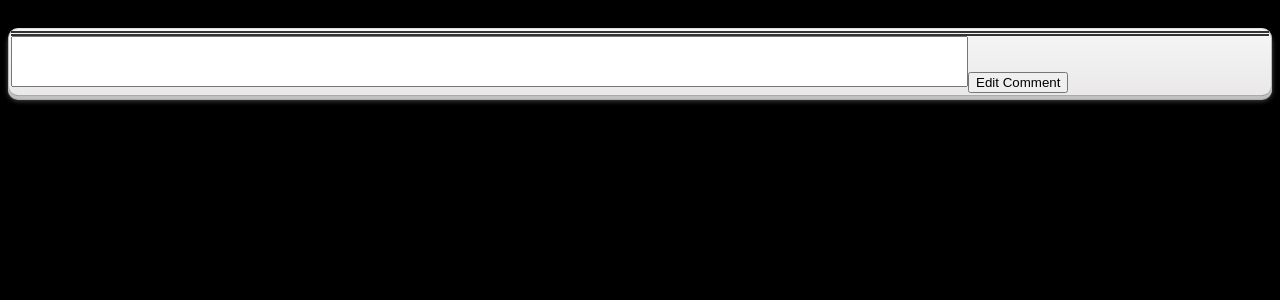
Repository: SuvakovSrdjan/WebForum
Page: http://localhost/Simple-web-forum/EditComment.jsp
The author's editor kept a copy of each file at every save. The page is drawn from the files as they stood at one save, then again after the next save.
The browser window is 1280 px wide. The pictures show the whole page.
The page is served by Tomcat 9. Other server files are loaded and not shown.

Above is the page before, as saved 2017-09-18 19:37:45.

### Simple-web-forum/WebContent/EditComment.jsp
<%@ page language="java" contentType="text/html; charset=UTF-8"
    pageEncoding="UTF-8"%>
<%@taglib uri="http://java.sun.com/jsp/jstl/core" prefix="c"%>
<!DOCTYPE html PUBLIC "-//W3C//DTD HTML 4.01 Transitional//EN" "http://www.w3.org/TR/html4/loose.dtd">
<html>
<head>
<meta http-equiv="Content-Type" content="text/html; charset=UTF-8">
<title>Infinite Comment</title>
<link rel="stylesheet" type="text/css" href="WEB-SRC/StyleSettingsMainPage.css">
</head>
<body>

<form style="padding-top: 20px;" name="msgForm"  method="post" action="InfiniteCommentServlet">
	<table>
		<tr>
			<td colspan = "2"><textarea style="resize: none;" rows="3" cols="117" name="commentText"></textarea><input type="submit" name="addComment" value="Edit Comment" ></td>
		</tr>
	</table>
</form>

</body>
</html>

### Simple-web-forum/WebContent/WEB-SRC/StyleSettingsMainPage.css
@charset "UTF-8";
body {
	background-color: activecaption;
	font: 12px Lucida sans, Arial, Helvetica, sans-serif;
	color: #333;
	text-align: center;
}

h1 {
	color: white;
}
img{
	width: 50px;
	height: 50px;
	white-space: -o-pre-wrap;
    word-wrap: break-word;
    white-space: pre-wrap;
    white-space: -moz-pre-wrap;
    white-space: -pre-wrap;
}
ul {
	list-style-type:none;
    background-color: #444444;
	background-image: -webkit-gradient(linear, left top, left bottom, from(#444444), to(#eae8e8));
	background-image: -webkit-linear-gradient(top, #f6f6f6, #eae8e8);
	background-image: -moz-linear-gradient(top, #444444, #eae8e8);
	background-image: -ms-linear-gradient(top, #f6f6f6, #eae8e8);
	background-image: -o-linear-gradient(top, #f6f6f6, #eae8e8);
	background-image: linear-gradient(top, #f6f6f6, #eae8e8);
	border-color: #dedede #bababa #aaa #bababa;
	border-style: solid;
	border-width: 1px;
	-webkit-border-radius: 10px;
	-moz-border-radius: 10px;
	border-radius: 10px;
	-webkit-box-shadow: 0 3px 3px rgba(255,255,255,.1), 0 3px 0 #bbb, 0 4px 0 #aaa, 0 5px 5px #444;
	-moz-box-shadow: 0 3px 3px rgba(255,255,255,.1), 0 3px 0 #bbb, 0 4px 0 #aaa, 0 5px 5px #444;
	box-shadow: 0 3px 3px rgba(255,255,255,.1), 0 3px 0 #bbb, 0 4px 0 #aaa, 0 5px 5px #444;




    overflow: auto; /* Enable scrolling if the sidenav has too much content */
}
li {
   float: left;
   background-color: #444444;
	background-image: -webkit-gradient(linear, left top, left bottom, from(#444444), to(#eae8e8));
	background-image: -webkit-linear-gradient(top, #f6f6f6, #eae8e8);
	background-image: -moz-linear-gradient(top, #444444, #eae8e8);
	background-image: -ms-linear-gradient(top, #f6f6f6, #eae8e8);
	background-image: -o-linear-gradient(top, #f6f6f6, #eae8e8);
	background-image: linear-gradient(top, #f6f6f6, #eae8e8);
	border-color: #dedede #bababa #aaa #bababa;
	border-style: solid;
	border-width: 1px;
	-webkit-border-radius: 10px;
	-moz-border-radius: 10px;
	border-radius: 10px;
	-webkit-box-shadow: 0 3px 3px rgba(255,255,255,.1), 0 3px 0 #bbb, 0 4px 0 #aaa, 0 5px 5px #444;
	-moz-box-shadow: 0 3px 3px rgba(255,255,255,.1), 0 3px 0 #bbb, 0 4px 0 #aaa, 0 5px 5px #444;
	box-shadow: 0 3px 3px rgba(255,255,255,.1), 0 3px 0 #bbb, 0 4px 0 #aaa, 0 5px 5px #444;

	overflow: hidden;
	padding: 0px;
}
li:last-child {
    border-right-style: none;
    border-left-style: inset;
    border-left-color: #111111;
    float:right;
}
a {
    display: block;
    padding: 17px;
    background-color: #333333;
}

table{
	list-style-type: circle;
    background-color: #444444;
	background-image: -webkit-gradient(linear, left top, left bottom, from(#444444), to(#eae8e8));
	background-image: -webkit-linear-gradient(top, #f6f6f6, #eae8e8);
	background-image: -moz-linear-gradient(top, #444444, #eae8e8);
	background-image: -ms-linear-gradient(top, #f6f6f6, #eae8e8);
	background-image: -o-linear-gradient(top, #f6f6f6, #eae8e8);
	background-image: linear-gradient(top, #f6f6f6, #eae8e8);
	border-color: #dedede #bababa #aaa #bababa;
	border-style: solid;
	border-width: 1px;
	-webkit-border-radius: 10px;
	-moz-border-radius: 10px;
	border-radius: 10px;
	-webkit-box-shadow: 0 3px 3px rgba(255,255,255,.1), 0 3px 0 #bbb, 0 4px 0 #aaa, 0 5px 5px #444;
	-moz-box-shadow: 0 3px 3px rgba(255,255,255,.1), 0 3px 0 #bbb, 0 4px 0 #aaa, 0 5px 5px #444;
	box-shadow: 0 3px 3px rgba(255,255,255,.1), 0 3px 0 #bbb, 0 4px 0 #aaa, 0 5px 5px #444;
	table-layout: fixed;
	width: 100%;



    overflow: auto; /* Enable scrolling if the sidenav has too much content */
}

 td {
 	background-color: light-yellow;
 	Width: auto;
	Height: auto;
    border-style: none;
    border-top: thick double #333333;
	color: black;
	font-size: medium;
	text-align: left;
	white-space: -o-pre-wrap;
    word-wrap: break-word;
    white-space: pre-wrap;
    white-space: -moz-pre-wrap;
    white-space: -pre-wrap;
    padding: 0px;
 }
 td:img {
 	background-color: light-yellow;
 	Width: 250px;
	Height: 250px;
    border-style: none;
    border-top: thick double #333333;
	color: black;
	font-size: medium;
	text-align: left;
	white-space: -o-pre-wrap;
    word-wrap: break-word;
    white-space: pre-wrap;
    white-space: -moz-pre-wrap;
    white-space: -pre-wrap;
    padding: 0px;
 }
th {
 	background-color: light-yellow;
 	Width: auto;
	Height: auto;
	font-size: large;
    border-style: none;
    padding: 0px;
 }

header {
    background-color: #84e3e9;
    padding: 20px 0;
    padding-left:50px;
	padding-right:50px;
}
a:link {
    color: white;
    text-decoration: none;
    font-style: oblique;
}

/* visited link */
a:visited {
    color: white;
    text-decoration: none;
    font-style: oblique;
}

/* mouse over link */
a:hover {
    background-color: #31b2c3;
	background-image: -webkit-gradient(linear, left top, left bottom, from(#0483a0), to(#31b2c3));
	background-image: -webkit-linear-gradient(top, #0483a0, #31b2c3);
	background-image: -moz-linear-gradient(top, #0483a0, #31b2c3);
	background-image: -ms-linear-gradient(top, #0483a0, #31b2c3);
	background-image: -o-linear-gradient(top, #0483a0, #31b2c3);
	background-image: linear-gradient(top, #0483a0, #31b2c3);
}

/* selected link */
a:active {
    -webkit-box-shadow: 0 1px 4px rgba(0, 0, 0, 0.5) inset;
	-moz-box-shadow: 0 1px 4px rgba(0, 0, 0, 0.5) inset;
	box-shadow: 0 1px 4px rgba(0, 0, 0, 0.5) inset;
	outline: 0;
}


.form-wrapper {
	background-color: #444444;
	background-image: -webkit-gradient(linear, left top, left bottom, from(#444444), to(#eae8e8));
	background-image: -webkit-linear-gradient(top, #f6f6f6, #eae8e8);
	background-image: -moz-linear-gradient(top, #444444, #eae8e8);
	background-image: -ms-linear-gradient(top, #f6f6f6, #eae8e8);
	background-image: -o-linear-gradient(top, #f6f6f6, #eae8e8);
	background-image: linear-gradient(top, #f6f6f6, #eae8e8);
	border-color: #dedede #bababa #aaa #bababa;
	border-style: solid;
	border-width: 1px;
	-webkit-border-radius: 10px;
	-moz-border-radius: 10px;
	border-radius: 10px;
	-webkit-box-shadow: 0 3px 3px rgba(255,255,255,.1), 0 3px 0 #bbb, 0 4px 0 #aaa, 0 5px 5px #444;
	-moz-box-shadow: 0 3px 3px rgba(255,255,255,.1), 0 3px 0 #bbb, 0 4px 0 #aaa, 0 5px 5px #444;
	box-shadow: 0 3px 3px rgba(255,255,255,.1), 0 3px 0 #bbb, 0 4px 0 #aaa, 0 5px 5px #444;

	overflow: hidden;
	padding: 2px;
	width: 450px;
}

.form-wrapper #search {
	border: 1px solid #;
	-webkit-box-shadow: 0 1px 1px #ddd inset, 0 1px 0 #FFF;
	-moz-box-shadow: 0 1px 1px #ddd inset, 0 1px 0 #FFF;
	box-shadow: 0 1px 1px #ddd inset, 0 1px 0 #FFF;
	-webkit-border-radius: 3px;
	-moz-border-radius: 3px;
	border-radius: 3px;
  color: #999;
	float: left;
	font: 16px Lucida Sans, Trebuchet MS, Tahoma, sans-serif;
	height: 12px;
	padding: 10px;
	width: 320px;
}
form{
	float: left;
}

.form-wrapper #search:focus {
	border-color: #aaa;
	-webkit-box-shadow: 0 1px 1px #bbb inset;
	-moz-box-shadow: 0 1px 1px #bbb inset;
	box-shadow: 0 1px 1px #bbb inset;
	outline: 0;
}

.form-wrapper #search:-moz-placeholder,
.form-wrapper #search:-ms-input-placeholder,
.form-wrapper #search::-webkit-input-placeholder {
	color: #999;
	font-weight: normal;
}

.form-wrapper #submit {
	background-color: #0483a0;
	background-image: -webkit-gradient(linear, left top, left bottom, from(#31b2c3), to(#0483a0));
	background-image: -webkit-linear-gradient(top, #31b2c3, #0483a0);
	background-image: -moz-linear-gradient(top, #31b2c3, #0483a0);
	background-image: -ms-linear-gradient(top, #31b2c3, #0483a0);
	background-image: -o-linear-gradient(top, #31b2c3, #0483a0);
	background-image: linear-gradient(top, #31b2c3, #0483a0);
	border: 1px solid #00748f;
	-moz-border-radius: 3px;
	-webkit-border-radius: 3px;
	border-radius: 3px;
	-webkit-box-shadow: 0 1px 0 rgba(255, 255, 255, 0.3) inset, 0 1px 0 #FFF;
	-moz-box-shadow: 0 1px 0 rgba(255, 255, 255, 0.3) inset, 0 1px 0 #FFF;
	box-shadow: 0 1px 0 rgba(255, 255, 255, 0.3) inset, 0 1px 0 #FFF;
	color: #fafafa;
	cursor: pointer;
	height: 42px;
	float: right;
	font: 15px Arial, Helvetica;
	padding: 0;
	text-transform: uppercase;
	text-shadow: 0 1px 0 rgba(0, 0 ,0, .3);
	width: 100px;
}

.form-wrapper #submit:hover,
.form-wrapper #submit:focus {
	background-color: #31b2c3;
	background-image: -webkit-gradient(linear, left top, left bottom, from(#0483a0), to(#31b2c3));
	background-image: -webkit-linear-gradient(top, #0483a0, #31b2c3);
	background-image: -moz-linear-gradient(top, #0483a0, #31b2c3);
	background-image: -ms-linear-gradient(top, #0483a0, #31b2c3);
	background-image: -o-linear-gradient(top, #0483a0, #31b2c3);
	background-image: linear-gradient(top, #0483a0, #31b2c3);
}

.form-wrapper #submit:active {
	-webkit-box-shadow: 0 1px 4px rgba(0, 0, 0, 0.5) inset;
	-moz-box-shadow: 0 1px 4px rgba(0, 0, 0, 0.5) inset;
	box-shadow: 0 1px 4px rgba(0, 0, 0, 0.5) inset;
	outline: 0;
}

.form-wrapper #submit::-moz-focus-inner {
	border: 0;
}

form #submit {
	background-color: #0483a0;
	background-image: -webkit-gradient(linear, left top, left bottom, from(#31b2c3), to(#0483a0));
	background-image: -webkit-linear-gradient(top, #31b2c3, #0483a0);
	background-image: -moz-linear-gradient(top, #31b2c3, #0483a0);
	background-image: -ms-linear-gradient(top, #31b2c3, #0483a0);
	background-image: -o-linear-gradient(top, #31b2c3, #0483a0);
	background-image: linear-gradient(top, #31b2c3, #0483a0);
	border: 1px solid #00748f;
	-moz-border-radius: 3px;
	-webkit-border-radius: 3px;
	border-radius: 3px;
	-webkit-box-shadow: 0 1px 0 rgba(255, 255, 255, 0.3) inset, 0 1px 0 #FFF;
	-moz-box-shadow: 0 1px 0 rgba(255, 255, 255, 0.3) inset, 0 1px 0 #FFF;
	box-shadow: 0 1px 0 rgba(255, 255, 255, 0.3) inset, 0 1px 0 #FFF;
	color: #fafafa;
	cursor: pointer;
	height: 47px;
	float: right;
	font: 15px Arial, Helvetica;
	padding: 0px;
	text-transform: uppercase;
	text-shadow: 0 1px 0 rgba(0, 0 ,0, .3);
	width: 100px;
}

form #submit:hover,
form #submit:focus {
	background-color: #31b2c3;
	background-image: -webkit-gradient(linear, left top, left bottom, from(#0483a0), to(#31b2c3));
	background-image: -webkit-linear-gradient(top, #0483a0, #31b2c3);
	background-image: -moz-linear-gradient(top, #0483a0, #31b2c3);
	background-image: -ms-linear-gradient(top, #0483a0, #31b2c3);
	background-image: -o-linear-gradient(top, #0483a0, #31b2c3);
	background-image: linear-gradient(top, #0483a0, #31b2c3);
}

form #submit:active {
	-webkit-box-shadow: 0 1px 4px rgba(0, 0, 0, 0.5) inset;
	-moz-box-shadow: 0 1px 4px rgba(0, 0, 0, 0.5) inset;
	box-shadow: 0 1px 4px rgba(0, 0, 0, 0.5) inset;
	outline: 0;
}

form #submit::-moz-focus-inner {
	border: 0;
}

After the next save:
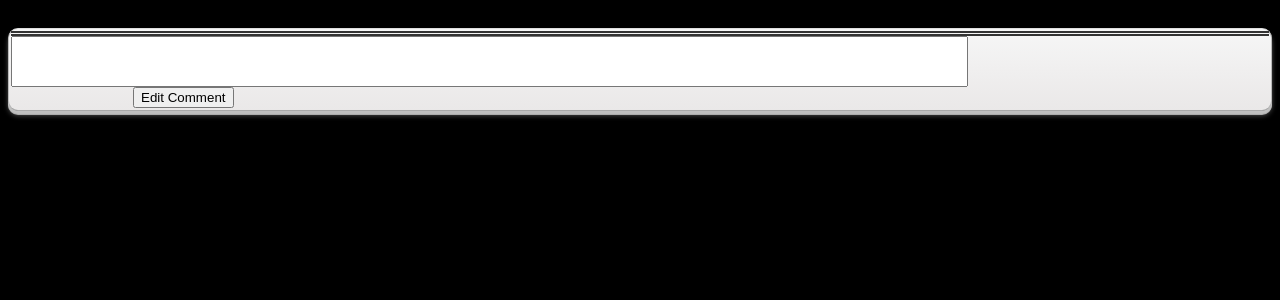
Saved 34 s later.
--- a/Simple-web-forum/WebContent/EditComment.jsp
+++ b/Simple-web-forum/WebContent/EditComment.jsp
@@ -13,7 +13,8 @@
 <form style="padding-top: 20px;" name="msgForm"  method="post" action="InfiniteCommentServlet">
 	<table>
 		<tr>
-			<td colspan = "2"><textarea style="resize: none;" rows="3" cols="117" name="commentText"></textarea><input type="submit" name="addComment" value="Edit Comment" ></td>
+			<td colspan = "2"><textarea style="resize: none;" rows="3" cols="117" name="commentText"></textarea>
+			<input type="submit" name="addComment" value="Edit Comment" ></td>
 		</tr>
 	</table>
 </form>
